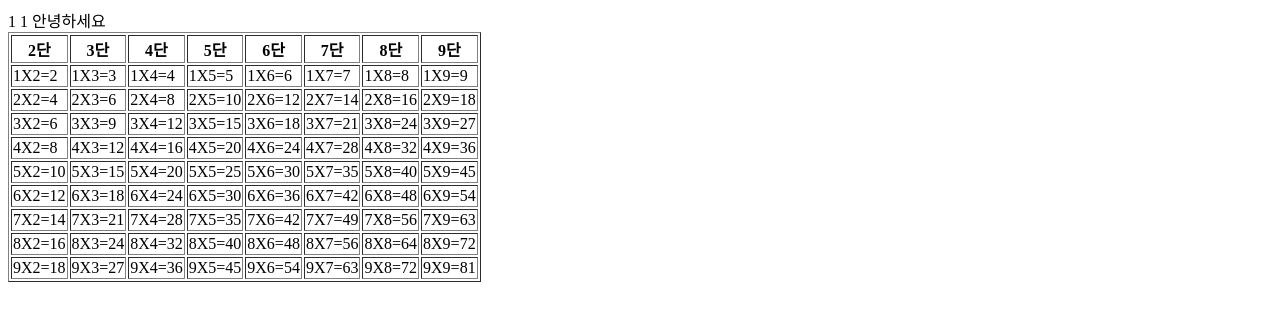
Repository: Luho0113/SpringBootStudy
Page: http://localhost/web/
The author's editor kept a copy of each file at every save. The page is drawn from the files as they stood at one save, then again after the next save.
The browser window is 1280 px wide. The pictures show the whole page.
The page is served by Tomcat 9.

Above is the page before, as saved 2023-05-03 02:28:40.

After the next save:
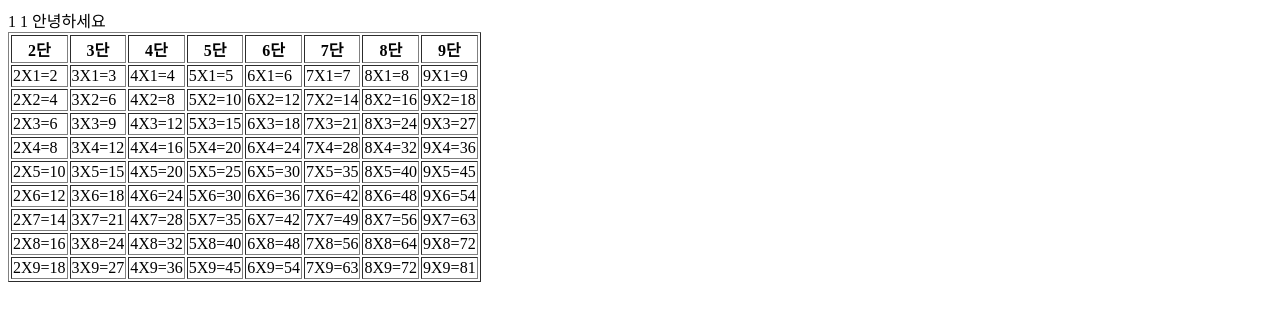
Saved 27 s later.
--- a/web/src/main/webapp/index.jsp
+++ b/web/src/main/webapp/index.jsp
@@ -31,7 +31,7 @@ out.println(str);
 			out.println("<tr>");
 			for (int j = 2; j < 10; j++) {
 
-				out.println("<td>" + i + "X" + j + "=" + i * j + "</td>");
+				out.println("<td>" + j + "X" + i + "=" + i * j + "</td>");
 
 			}
 			out.println("</tr>");
